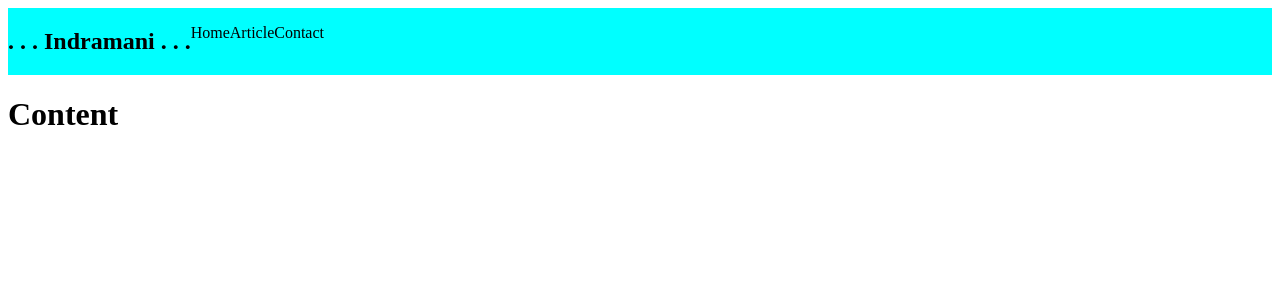
Repository: indramani7271/Indramani-First
Page: /
These files come from the project's save history. The page is drawn as it stood at one moment and after the next save; the edit follows.
The browser window is 1280 px wide. The pictures show the whole page.
The project was rebuilt for these pictures with package versions that can differ from the ones it lists, and the page was loaded fresh each time. Also part of the build but not shown: vite.config.js, src/index.css.

Above is the page before, as saved 2024-12-02 17:14:42.

After the next save:
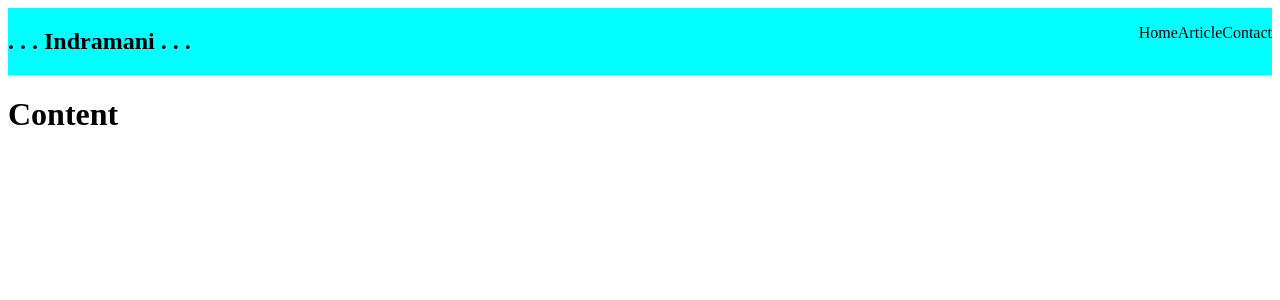
Saved 29 s later.
--- a/src/Component/Navbar.jsx
+++ b/src/Component/Navbar.jsx
@@ -1,6 +1,6 @@
 function Navbar() {
     return(
-        <div style={{display:"flex" , backgroundColor:"aqua"}}>
+        <div style={{display:"flex" , justifyContent:"space-between", backgroundColor:"aqua"}}>
 
 <div>
 <h2>. . . Indramani . . .</h2>
